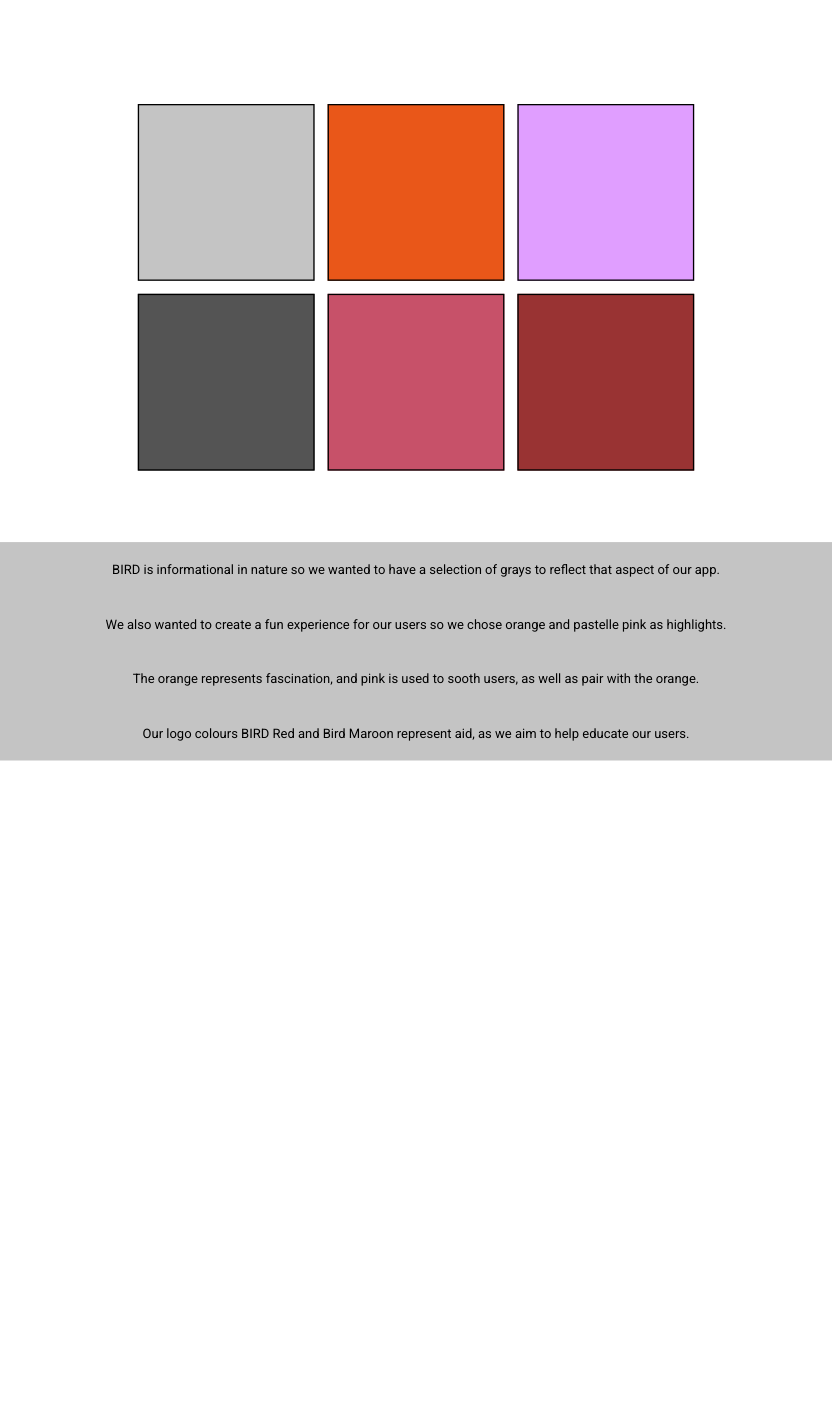
Repository: Levic559/bird-styleguide
Page: color/index.html
These files come from the project's save history. The page is drawn as it stood at one moment and after the next save; the edit follows.
The browser window is 1280 px wide. The pictures show the whole page, at 65% of full size.

Above is the page before, as saved 2021-03-22 03:15:48.
Console error: ReferenceError: LogoUI is not defined

### color/index.html
<!DOCTYPE html>
<html>
    <head>
        <title>
            Colour Palette
        </title>
        <link rel="preconnect" href="https://fonts.gstatic.com">
        <link href="https://fonts.googleapis.com/css2?family=Archivo:wght@700&family=Roboto:wght@400;700&display=swap" rel="stylesheet">
        <link href="style.css" rel="stylesheet">
    </head>

    <body>
        <div class="main">
            <!--6 colours container-->
            <div class="colors">
                <div class = row>
                    <div class="cell lightgray">
                        <div class="hovercontainers" onmouseover="overLG()" onmouseout="offLG()" id="lg">
                            <span>Light Gray</span>
                            <span>#C4C4C4</span>
                            <span>196, 196, 196</span>
                        </div>
                    </div>
                    <div class="cell orange">
                        <div class="hovercontainers" onmouseover="overO()" onmouseout="offO()" id="o">
                            <span>Orange</span>
                            <span>#E95719</span>
                            <span>233, 87, 25</span>
                        </div>
                    </div>
                    <div class="cell pink">
                        <div class="hovercontainers" onmouseover="overP()" onmouseout="offP()" id="p">
                            <span>Pastel Pink</span>
                            <span>#E95719</span>
                            <span>224, 158, 255</span>
                        </div>
                    </div>
                </div>
                <div class = row>
                    <div class="cell darkgray">
                        <div class="hovercontainers" onmouseover="overDG()" onmouseout="offDG()" id="dg">
                            <span>Dark Gray</span>
                            <span>#545454</span>
                            <span>84, 84, 84</span>
                        </div>
                    </div>
                    <div class="cell red">
                        <div class="hovercontainers" onmouseover="overR()" onmouseout="offR()" id="r">
                            <span>BIRD Red</span>
                            <span>#C75169</span>
                            <span>199, 81, 105</span>
                        </div>
                    </div>
                    <div class="cell maroon">
                        <div class="hovercontainers" onmouseover="overM()" onmouseout="offM()" id="m">
                            <span>Bird Maroon</span>
                            <span>#993333</span>
                            <span>153, 51, 51</span>
                        </div>
                    </div>
                </div>
            </div>

            <!-- Text underneath colors-->
            <div class="textcontainer">
                <div class="colortext">
                    BIRD is informational in nature so we wanted to have a selection of grays to reflect that aspect of our app.
                </div>
                <div class="colortext">
                    We also wanted to create a fun experience for our users so we chose orange and pastelle pink as highlights.
                </div>
                <div class="colortext">
                    The orange represents fascination, and pink is used to sooth users, as well as pair with the orange.
                </div>
                <div class="colortext">
                    Our logo colours BIRD Red and Bird Maroon represent aid, as we aim to help educate our users.
                </div>
            </div>
        </div>
    </body>
    <script src="animations.js"></script>
    <script src="workflow.js"></script>
</html>

### color/style.css
body {
    margin: 0px;
    padding: 0px;
}

.main {
    width: 100vw;
    height: 300vh;
    display: flex;
    flex-direction: column;
    justify-content: flex-start;
    align-items: center;
}

.colors {
    display: flex;
    flex-direction: column;
    margin-top: 150px;
}

.row {
    display: flex;
    flex-direction: row;
}

.cell {
    display: flex;
    justify-content: center;
    align-items: center;
    border: black 2px solid;
    margin: 10px;
    min-height: 268px;
    min-width: 268px;
}

.hovercontainers {
    display: flex;
    flex-direction: column;
    justify-content: center;
    align-items: center;
    opacity: 0;
    min-height: 268px;
    min-width: 268px;
}

.hovercontainers > span {
    color: white;
    font-family: Roboto;
    font-size: 30px;
}

@keyframes appear {
    0% {
        opacity: 0;
    }
    100% {
        opacity: 1;
    }
}
@keyframes disappear {
    0% {
        opacity: 1;
    }
    100% {
        opacity: 0;
    }
}

.lightgray {
    background-color: #C4C4C4;
}
.orange {
    background-color: #E95719;
}
.pink {
    background-color: #E09EFF;
}
.darkgray {
    background-color: #545454;
}
.red {
    background-color: #C75169;
}
.maroon {
    background-color: #993333;
}

.textcontainer {
    width: 100%;
    background-color: #C4C4C4;
    display: flex;
    flex-direction: column;
    justify-content: space-evenly;
    align-items: center;
    margin-top: 100px;
}

.colortext {
    font-family: Roboto;
    color: black;
    margin: 30px;
    font-size: 20px;
}

### color/animations.js
function overLG () {
    var hello = document.getElementById("lg")
    hello.style.WebkitAnimation = "appear 0.3s linear"
    hello.style.opacity = 1
}
function offLG () {
    var hello = document.getElementById("lg")
    hello.style.WebkitAnimation = "disappear 0.3s linear"
    hello.style.opacity = 0
}

function overO () {
    var hello = document.getElementById("o")
    hello.style.WebkitAnimation = "appear 0.3s linear"
    hello.style.opacity = 1
}
function offO () {
    var hello = document.getElementById("o")
    hello.style.WebkitAnimation = "disappear 0.3s linear"
    hello.style.opacity = 0
}

function overP () {
    var hello = document.getElementById("p")
    hello.style.WebkitAnimation = "appear 0.3s linear"
    hello.style.opacity = 1
}
function offP () {
    var hello = document.getElementById("p")
    hello.style.WebkitAnimation = "disappear 0.3s linear"
    hello.style.opacity = 0
}

function overDG () {
    var hello = document.getElementById("dg")
    hello.style.WebkitAnimation = "appear 0.3s linear"
    hello.style.opacity = 1
}
function offDG () {
    var hello = document.getElementById("dg")
    hello.style.WebkitAnimation = "disappear 0.3s linear"
    hello.style.opacity = 0
}

function overR () {
    var hello = document.getElementById("r")
    hello.style.WebkitAnimation = "appear 0.3s linear"
    hello.style.opacity = 1
}
function offR () {
    var hello = document.getElementById("r")
    hello.style.WebkitAnimation = "disappear 0.3s linear"
    hello.style.opacity = 0
}

function overM () {
    var hello = document.getElementById("m")
    hello.style.WebkitAnimation = "appear 0.3s linear"
    hello.style.opacity = 1
}
function offM () {
    var hello = document.getElementById("m")
    hello.style.WebkitAnimation = "disappear 0.3s linear"
    hello.style.opacity = 0
}

### color/workflow.js
document.querySelector(".main").innerHTML += LogoUI(200,700, "#C4C4C4");
document.querySelector(".content").innerHTML += BirdUI();
document.querySelector(".burger").innerHTML += burGerUI();
document.querySelector(".content-page").innerHTML += sideMenuUI();

After the next save:
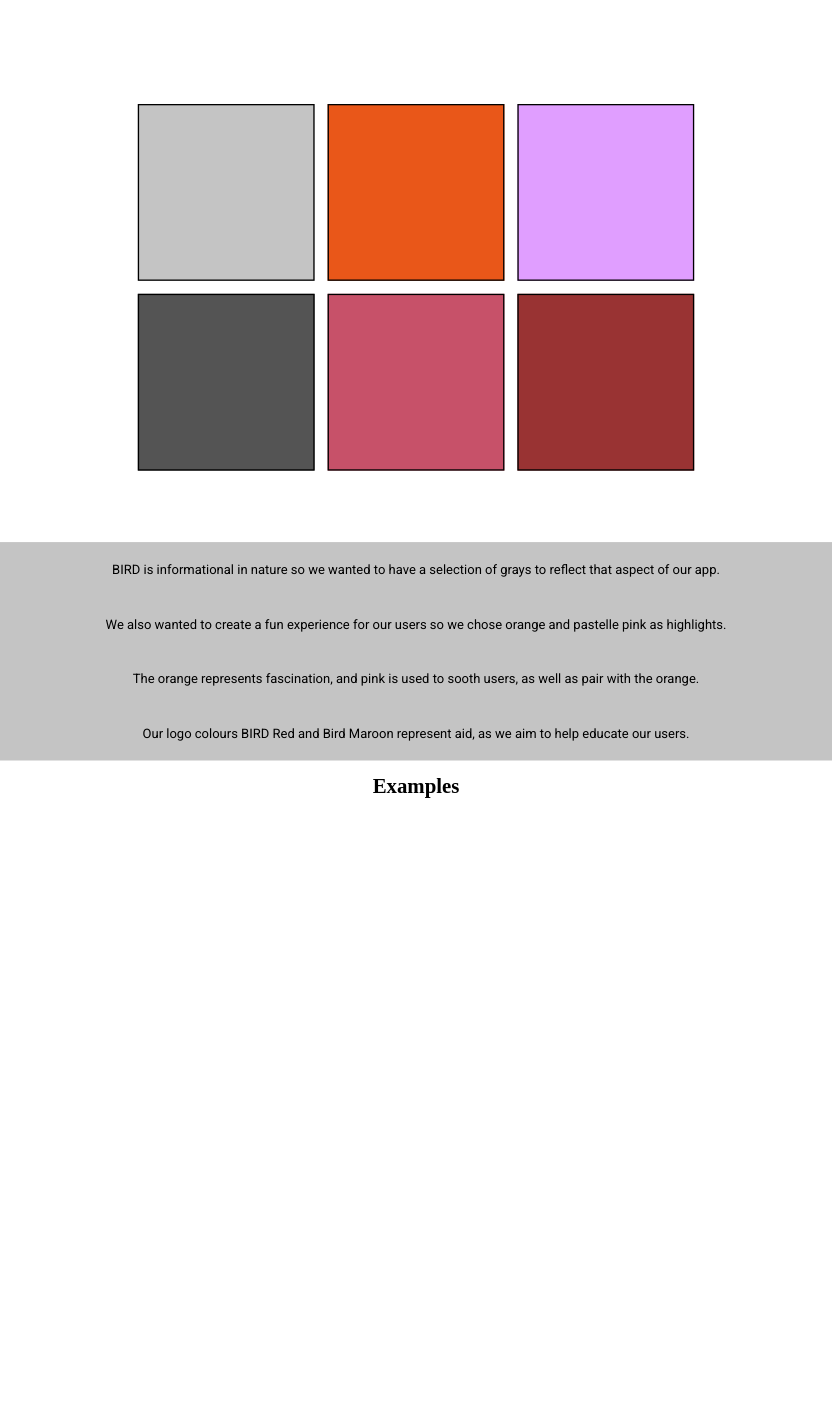
Saved 39 s later.
--- a/color/index.html
+++ b/color/index.html
@@ -76,6 +76,8 @@
                     Our logo colours BIRD Red and Bird Maroon represent aid, as we aim to help educate our users.
                 </div>
             </div>
+
+            <h1>Examples</h1>
         </div>
     </body>
     <script src="animations.js"></script>
